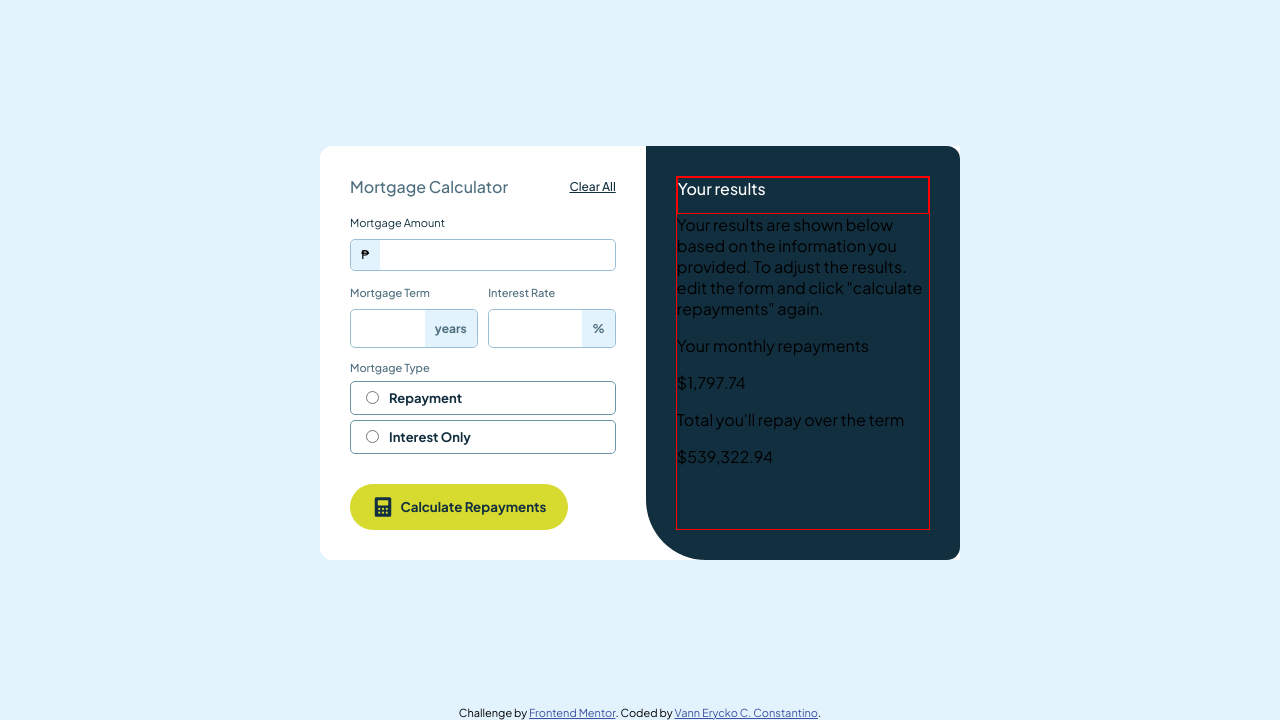
Repository: kocokoy/mortgage-repayment-calculator
Page: index.html
An editor plug-in stored every save of this project. The page is shown before and after the next save, followed by the edit.
The browser window is 1280 px wide. The pictures show the whole page.

Above is the page before, as saved 2024-10-30 13:38:57.

After the next save:
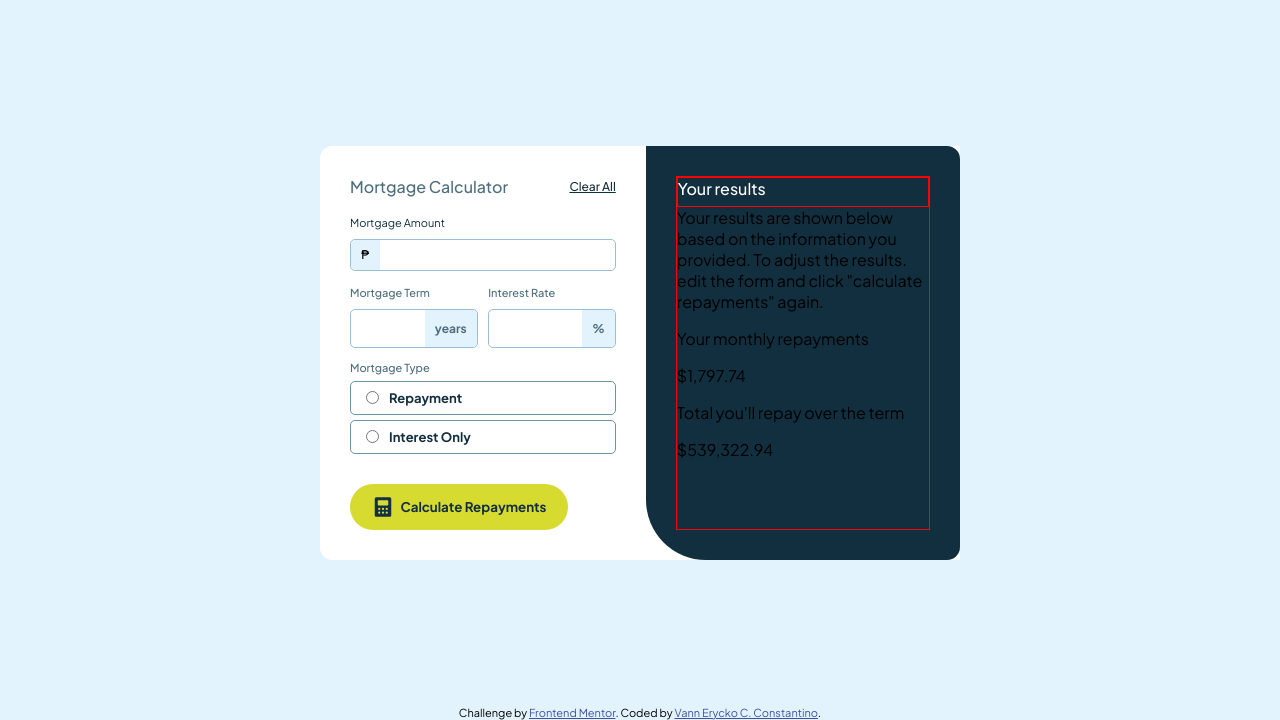
Saved 10 s later.
--- a/styles/style.css
+++ b/styles/style.css
@@ -342,5 +342,5 @@ input[type="radio"]{
   color: var(--white);
   font-weight: 500;
   border: 1px solid red;
-  padding-bottom: 14px;
-}
+  padding-bottom: 7px;
+}
